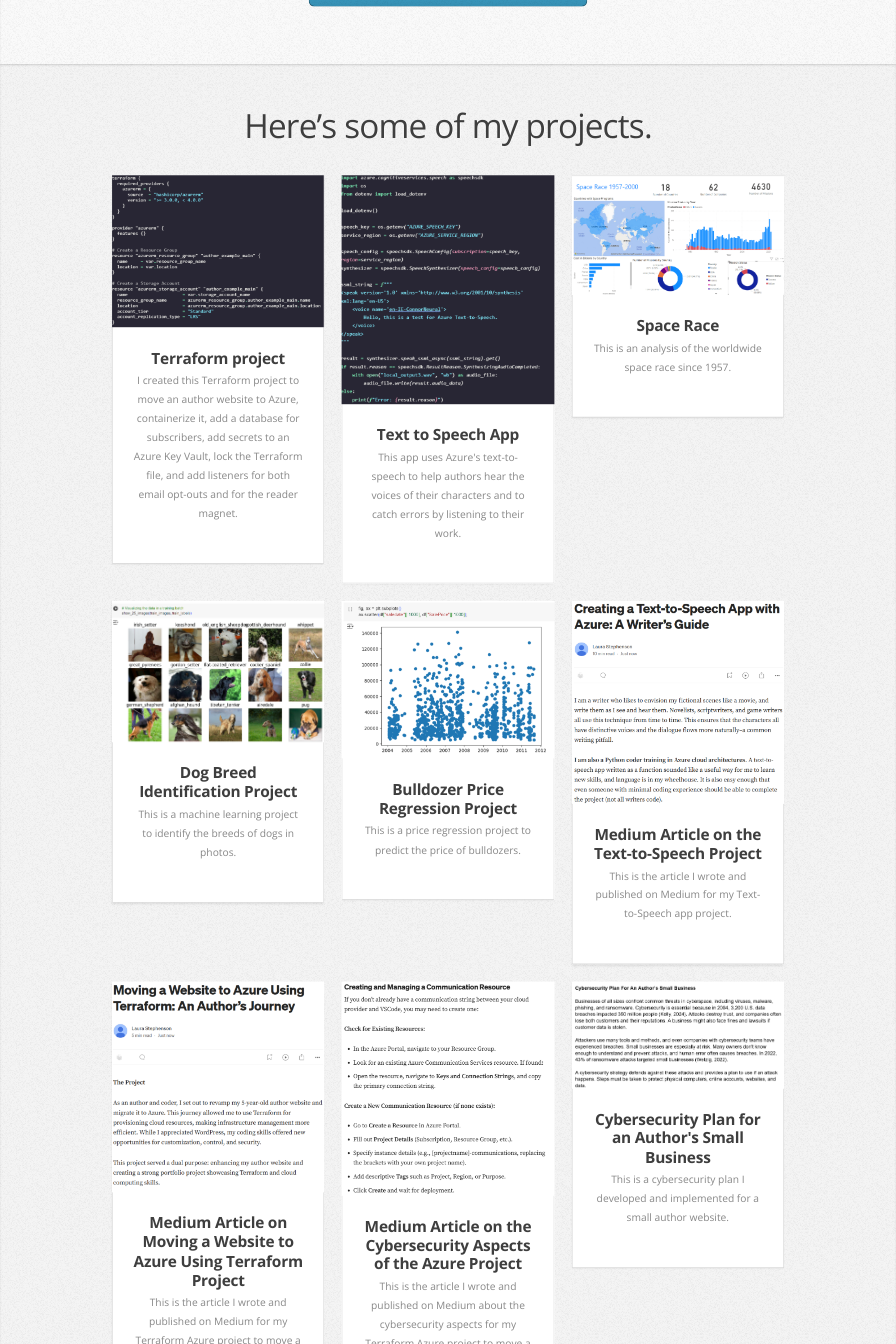
Repository: lauralstephenson/Portfolio_Personal
Page: index.html
An editor plug-in stored every save of this project. The page is shown before and after the next save, followed by the edit.
The browser window is 1280 px wide. The pictures show the part of the page from y = 1919 to 3839 px (the page is 4592 px tall before and 4048 px after), at 70% of full size.
A picture or video elsewhere on the page could not be fetched, so the positions and the page height are approximate.

Above is the page before, as saved 2026-04-21 15:00:09.

After the next save:
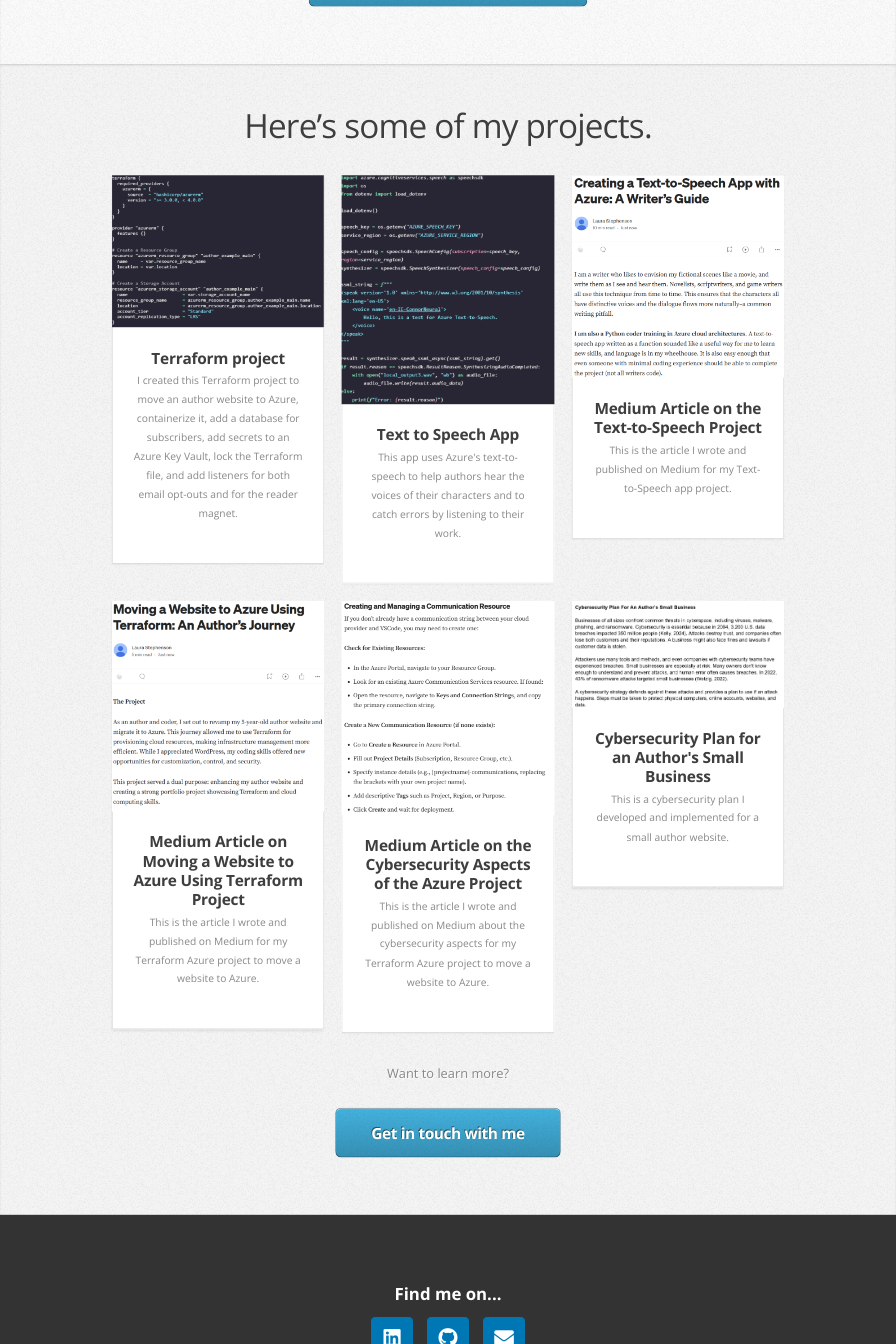
Saved 3 min 54 s later.
--- a/index.html
+++ b/index.html
@@ -130,33 +130,7 @@
 								</div>
 							</article>
 						</div>
-						<div class="col-4 col-6-medium col-12-small">
-							<article class="box style2">
-								<div class="box-content">
-									<a href="https://github.com/lauralstephenson/cloud_py_portfolio/tree/main/Space_Race" class="image featured"><img src="images/space_race.png" alt="" /></a>
-									<h3><a href="https://github.com/lauralstephenson/cloud_py_portfolio/tree/main/Space_Race">Space Race</a></h3>
-									<p>This is an analysis of the worldwide space race since 1957.</p>
-								</div>
-							</article>
-						</div>
-						<div class="col-4 col-6-medium col-12-small">
-							<article class="box style2">
-								<div class="box-content">
-									<a href="https://github.com/lauralstephenson/cloud_py_portfolio/tree/main/Dog_Breed" class="image featured"><img src="images/dog_breed_identification_project.png" alt="" /></a>
-									<h3><a href="https://github.com/lauralstephenson/cloud_py_portfolio/tree/main/Dog_Breed">Dog Breed Identification Project</a></h3>
-									<p>This is a machine learning project to identify the breeds of dogs in photos.</p>
-								</div>
-							</article>
-						</div>
-						<div class="col-4 col-6-medium col-12-small">
-							<article class="box style2">
-								<div class="box-content">
-									<a href="https://github.com/lauralstephenson/cloud_py_portfolio/tree/main/Bulldozer_Price_Regression" class="image featured"><img src="images/bulldozer_price_regression_project.png" alt="" /></a>
-									<h3><a href="https://github.com/lauralstephenson/cloud_py_portfolio/tree/main/Bulldozer_Price_Regression">Bulldozer Price Regression Project</a></h3>
-									<p>This is a price regression project to predict the price of bulldozers.</p>
-								</div>
-							</article>
-						</div>
+
 						<div class="col-4 col-6-medium col-12-small">
 							<article class="box style2">
 								<div class="box-content">
